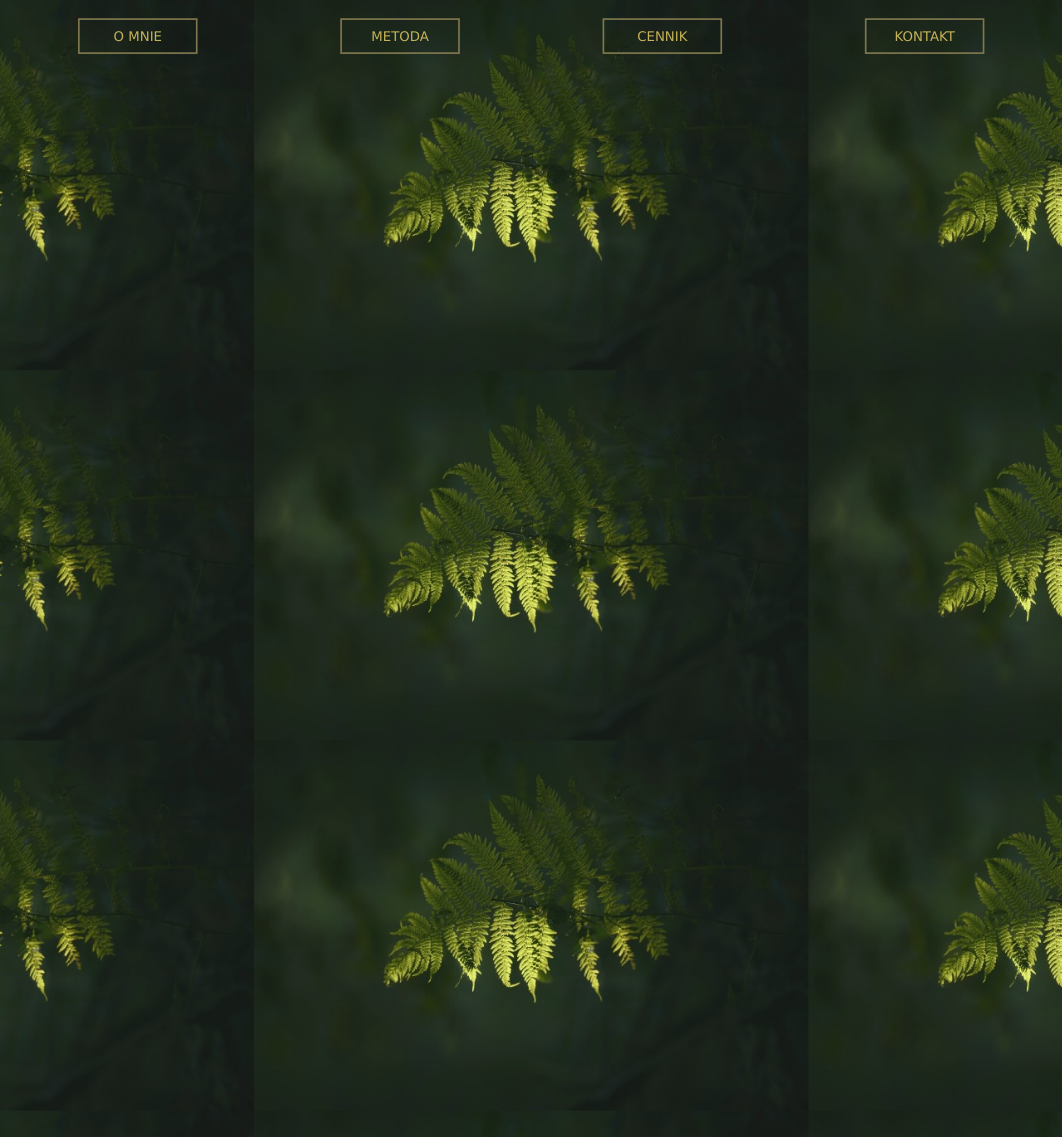
Repository: LechCieslak/Anna_Cieslak_v2.1
Page: index.html
An editor plug-in stored every save of this project. The page is shown before and after a run of saves, followed by the edit.
The browser window is 1280 px wide. The pictures show the whole page, at 83% of full size.

Above is the page before, as saved 2020-09-24 23:26:42.

After the next 2 saves:
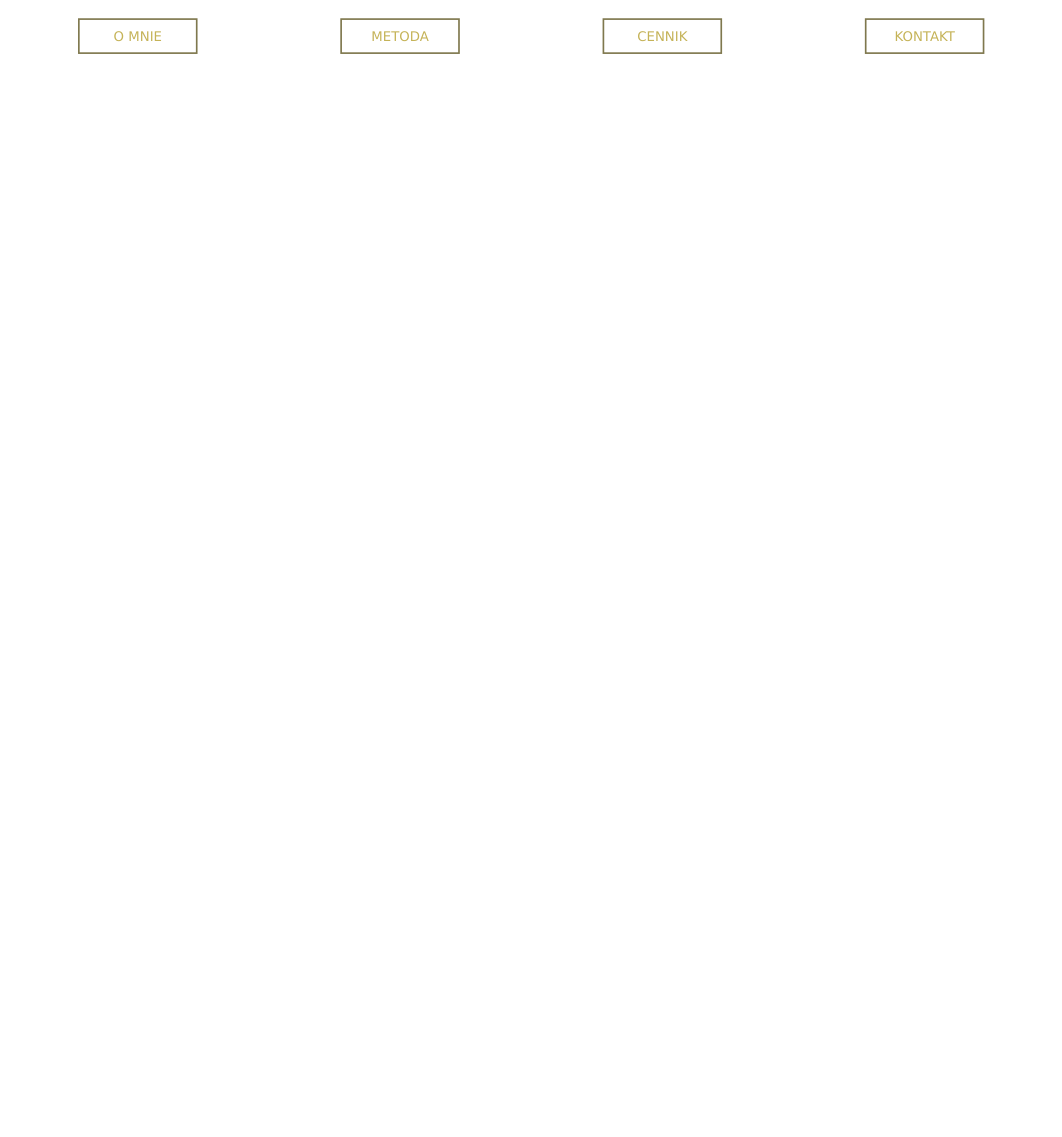
Not found: images/poziom.jpg
The 2 saves are shown as one change because they came seconds apart.
The last was saved 14 min 13 s later.
--- a/style.css
+++ b/style.css
@@ -9,7 +9,7 @@
     --ramka: #7F784E;
     background-position-x: center;
     color: var(--text);
-    background-image: url("images/background-poz-kopia.jpg");
+    background-image: url("images/poziom.jpg");
 }
 
 ul {

After the 2 saves that followed:
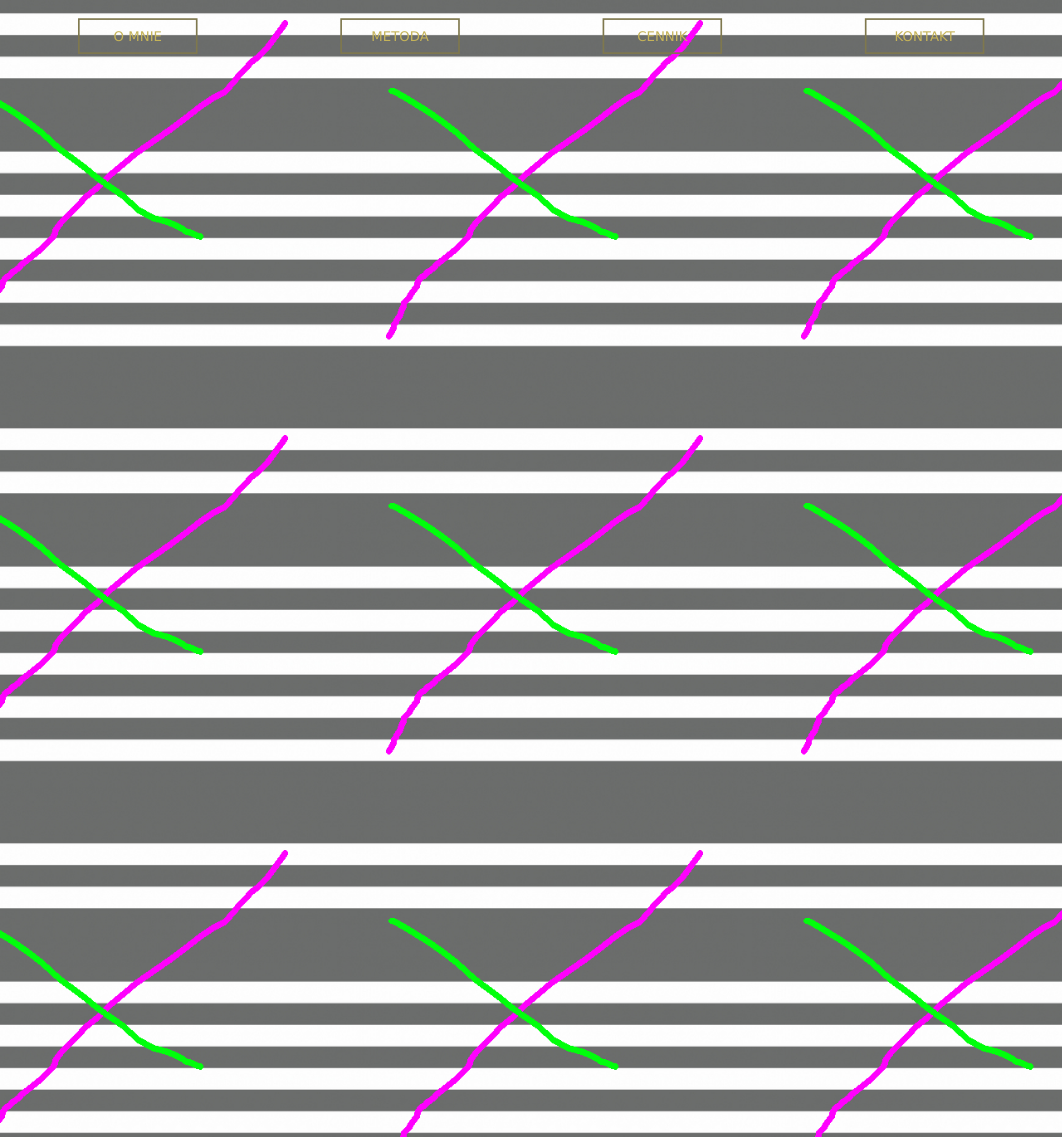
The 2 saves are shown as one change because they came seconds apart.
The last was saved 5 min 39 s later.
--- a/style.css
+++ b/style.css
@@ -9,7 +9,7 @@
     --ramka: #7F784E;
     background-position-x: center;
     color: var(--text);
-    background-image: url("images/poziom.jpg");
+    background-image: url("images/poziom.png");
 }
 
 ul {
